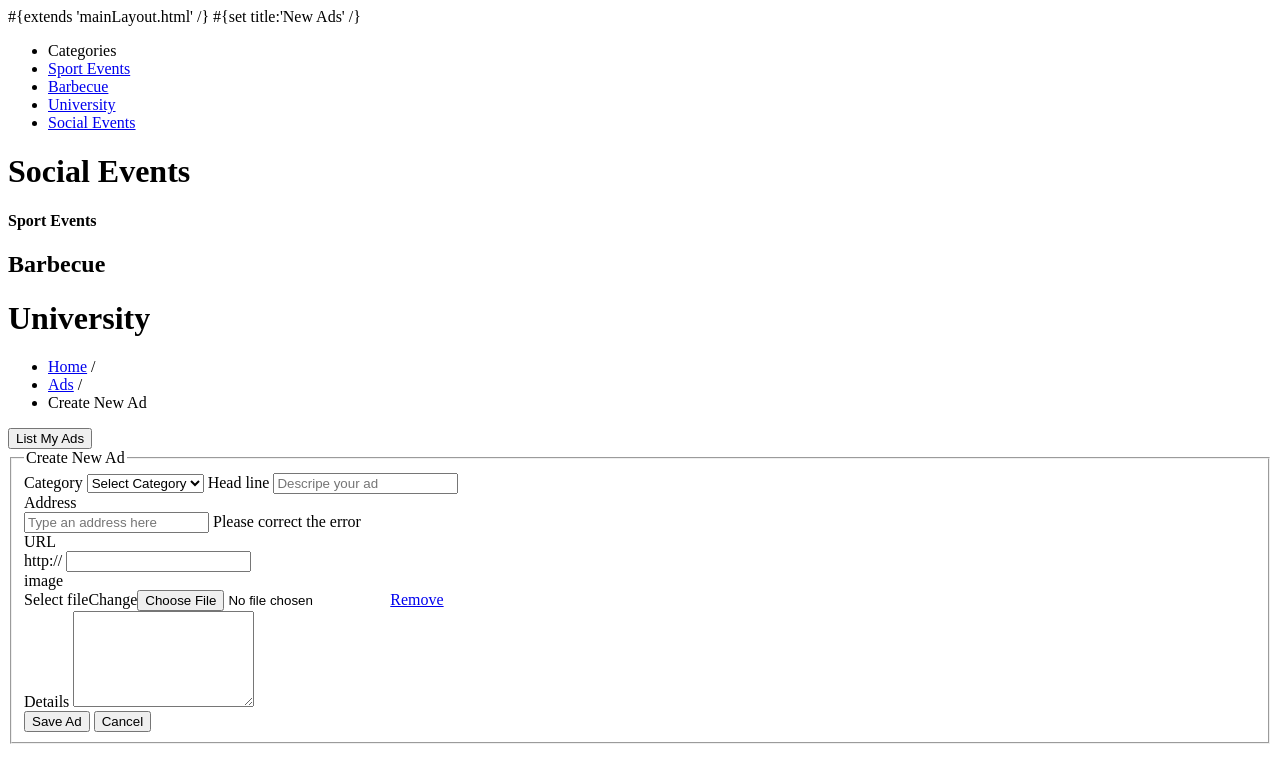
Repository: Maalejm/SEBA
Page: SlifeWebSite/app/views/Ads/newAd.html
These files come from the project's save history. The page is drawn as it stood at one moment and after the next save; the edit follows.
The browser window is 1280 px wide. The pictures show the whole page.

Above is the page before, as saved 2013-06-18 00:10:19.

### SlifeWebSite/app/views/Ads/newAd.html
#{extends 'mainLayout.html' /}
#{set title:'New Ads' /}

 <div class="container-fluid">
            <div class="row-fluid">
                <div class="span2">

                    <ul class="nav nav-list">
                        <li class="nav-header">Categories</li>
                        <li class="active"><a href="#">Sport Events</a></li>
                        <li><a href="#">Barbecue</a></li>
                        <li><a href="#">University</a></li>
                        <li><a href="#">Social Events</a></li>


                    </ul>

                    <div>
                    <h1><a>Social Events</a></h1><h4><a>Sport Events</a></h4><h2><a>Barbecue</a></h2><h1><a>University</a></h1><h1>
                    </div>
                    <!--Sidebar content-->
                </div>
                <div class="span10">
                    <ul class="breadcrumb">
                        <li><a href="#">Home</a> <span class="divider">/</span></li>
                        <li><a href="#">Ads</a> <span class="divider">/</span></li>
                        <li class="active">Create New Ad</li>
                    </ul>

                    <div class="btn-group">
                        <button class="btn">List My Ads</button>
                    </div>



                    <form>
                        <fieldset>
                            <legend>Create New Ad</legend>
                            <label>Category</label>
                            <select class="span5">
                                <option value="0">Select Category</option>
                                <option value="1">Sport Events</option>
                                <option value="2">Barbecue</option>
                                <option value="3">University</option>
                                <option value="4">Social Events</option>
                            </select>

                            <label>Head line</label>
                             <input type="text" class="span5" placeholder="Descripe your ad">
                            <div class="control-group error">
                            <label>Address</label>
                                 <div class="controls">
                                <input type="text" class="span5" placeholder="Type an address here">
                                <span class="help-inline">Please correct the error</span>
                                </div>
                            </div>
                            <label>URL</label>
                                <div class=" input-prepend">
                                    <span class="add-on">http://</span>
                                    <input type="text" class="input_text">

                                  </div>
                            <label>image</label>


                                 <div class="fileupload fileupload-new" data-provides="fileupload">
  <div class="input-append">
    <div class="uneditable-input span3"><i class="icon-file fileupload-exists"></i> <span class="fileupload-preview"></span></div><span class="btn btn-file"><span class="fileupload-new">Select file</span><span class="fileupload-exists">Change</span><input type="file" /></span><a href="#" class="btn fileupload-exists" data-dismiss="fileupload">Remove</a>
  </div>
</div>

                            <label>Details</label>
                                <textarea rows="6" class="input_textarea"></textarea>
                                  <br/>



                                  <div class="form-actions">
                                      <button type="submit" class="btn btn-primary">Save Ad</button>
                                      <button type="button" class="btn">Cancel</button>
                                  </div>
                        </fieldset>
                    </form>



                    <!--Body content-->
                </div>
            </div>
        </div>

After the next save:
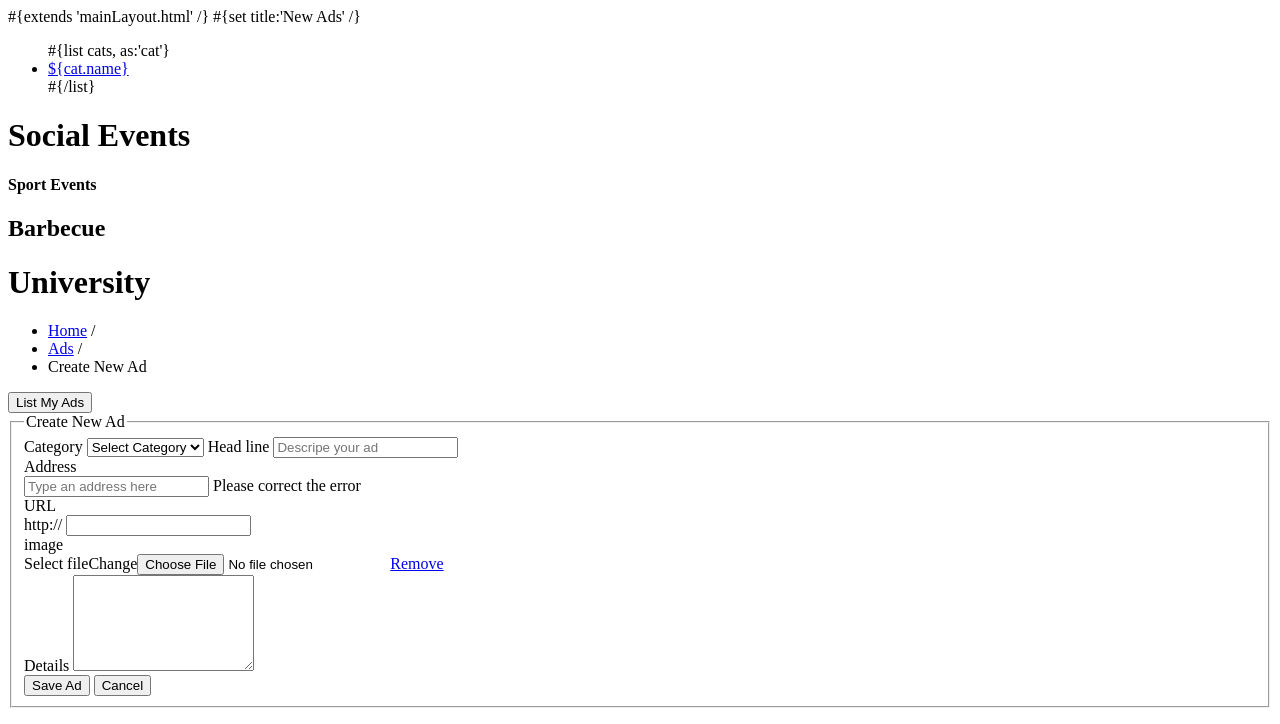
Saved 32 s later.
--- a/SlifeWebSite/app/views/Ads/newAd.html
+++ b/SlifeWebSite/app/views/Ads/newAd.html
@@ -6,12 +6,13 @@
                 <div class="span2">
 
                     <ul class="nav nav-list">
-                        <li class="nav-header">Categories</li>
-                        <li class="active"><a href="#">Sport Events</a></li>
-                        <li><a href="#">Barbecue</a></li>
-                        <li><a href="#">University</a></li>
-                        <li><a href="#">Social Events</a></li>
-
+                        #{list cats, as:'cat'}
+                         <li
+                         %{ if(cat.id==1) { }%
+                          class="active"
+                         %{ } }%
+                         ><a class="catNav" href="${cat.id}">${cat.name}</a></li>
+                        #{/list}
 
                     </ul>
 
